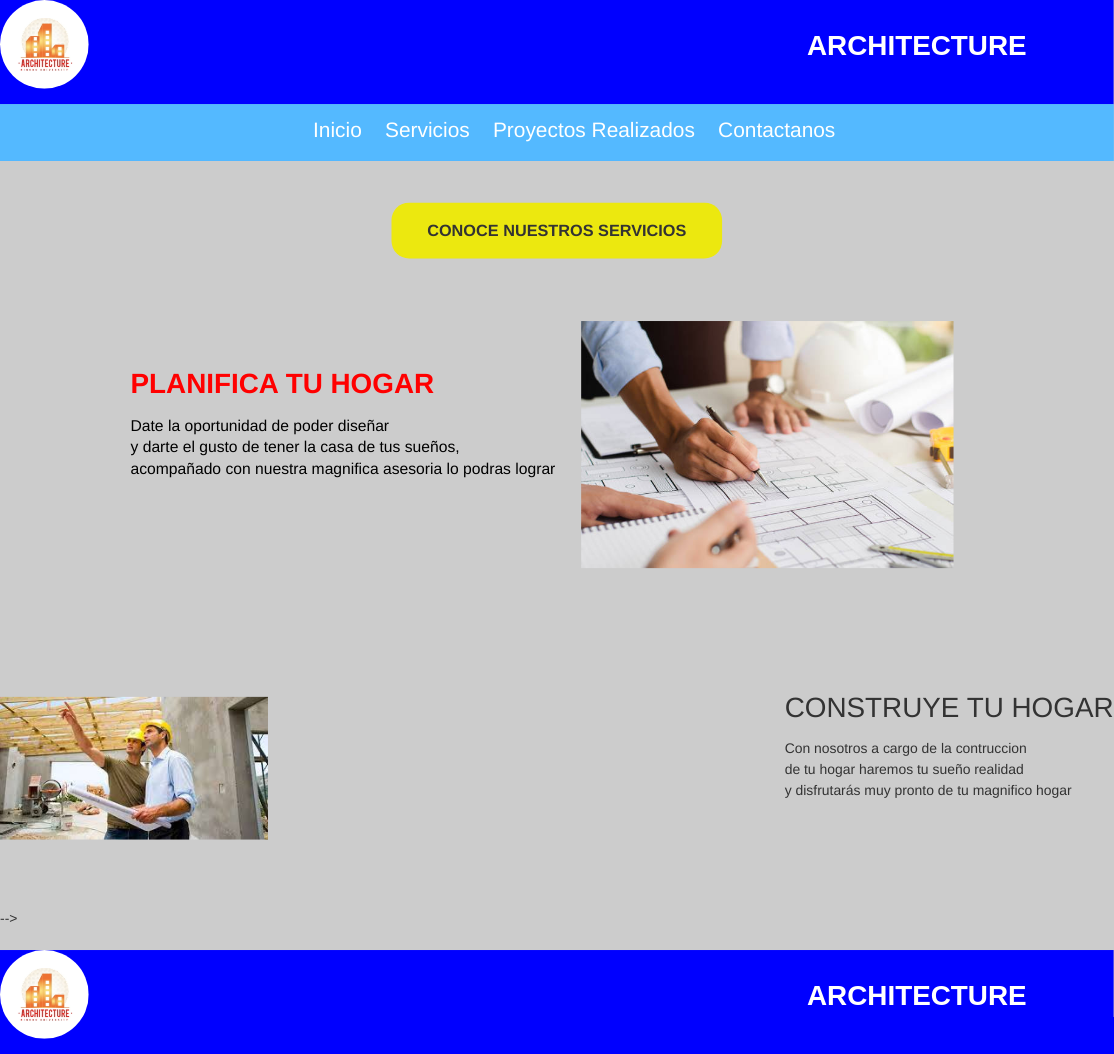
Repository: gabrielestrella18/htdocs
Page: http://localhost/arquitectos/servicios.php
These files come from the project's save history. The page is drawn as it stood at one moment and after the next save; the edit follows.
The browser window is 1280 px wide. The pictures show the whole page, at 87% of full size.
The page is run by PHP 8.4 with error messages shown; the project is at /var/www/html/.

Above is the page before, as saved 2023-12-07 21:34:49.

### arquitectos/servicios.php
<!DOCTYPE html>
<html lang="en">
  <head>
    <title></title>
    <meta charset="UTF-8">
    <meta name="viewport" content="width=device-width, initial-scale=1">
    <link href="estilo.css" rel="stylesheet">
  </head>
  <body>

<div class="azul">
  <img  class="lg"src="imagenes/arch.jpg" alt="">

  <h1>ARCHITECTURE</h1>
</div>

<div class="menu">
<div class="menuOpciones">
            <a href="index.php" target="_blank">Inicio</a>
            <a href="#" target="_blank">Servicios</a>
            <a href="#" target="_blank">Proyectos Realizados</a>
            <a href="#" target="_blank">Contactanos</a>
            </div>
            </div>
            <br><br>

<div class="ser">
<h3 class="serv">CONOCE NUESTROS SERVICIOS</h3>
</div>
<br> <br> <br>



<div class="plani">
  <div class="caja1">
<p class="pl">PLANIFICA TU HOGAR</p>
<br>
<span class="text"> Date la oportunidad de poder diseñar <br> y darte el gusto de tener la casa de tus sueños,  <br>acompañado
con nuestra magnifica asesoria lo podras lograr</span></div>
<div class="caja2">
<img class="plan" src="imagenes/planif.jpg" alt="">
</div>
</div>

<br><br><br>
<br><br><br><br><br><br>

<br><br><br>
<br><br><br><br><br><br>
<div class="const">
  <div class="caja3">
<p class="cons">CONSTRUYE TU HOGAR</p>
<br>
<span>Con nosotros a cargo de la contruccion <br> de tu hogar haremos tu sueño realidad <br> y disfrutarás muy pronto de tu magnifico hogar</span></div>
<div class="caja4"></div>
<img  class="co" src="imagenes/constru.jpg" alt="">
</div>
</div>

<br><br><br>
<!-- <div class="remod">
<p class="rem">REMODELA TU HOGAR</p>
<span>Cambia el diseño de tu hogar hoy mismo y nosotros haremos la maravilla de que sea el mejor hogar que haz podido tener</span>
<img class="re" src="imagenes/remodel.jpg" alt="">
</div>
 --> -->

</div>

<br><br>

<div class="azul">
  <img  class="lg"src="imagenes/arch.jpg" alt="">

  <h1>ARCHITECTURE</h1>
</div>


  </body>
</html>

### arquitectos/estilo.css
* {
    box-sizing: border-box;
    margin: 0;
    padding: 0;
}

body {
    font-family: helvetica;
    font-size: 16px;
    line-height: 24px;
    color: #333;
    background-color: #cccccc;
    max-width: 1400px;
}

.azul {
    background-color: blue;
    padding-bottom: 120px;
}

.lg {
    float: left;
    width: 8%;
    height: 8%;
    border-radius: 80px;
}

h1 {
    color: white;
    float: right;
    font-family: sans-serif;
    text-align: end;
    padding-top: 40px;
    padding-right: 100px;
}

.menu {
    border: 1px #54b9ff solid;
    background-color: #54b9ff;
    height: 65px;
}

.menuOpciones {
    padding-top: 12px;
    text-align: center;
    margin-top: 5px;
    padding-left: 40px;
    font-size: x-large;
}

.menuOpciones a {
    text-decoration: none;
    color: white;
    padding: 10px;
}

.menuOpciones a:hover {
    color: #9c2222;
}

.contenedor_fondo {
    width: 1350px;
    height: 600px;
    margin: auto;
    background-image: url(imagenes/fondoarq.jpg);
    background-repeat: no-repeat;
    background-size: cover;
}

.textofoto {
    /* width: 600px; */
    color: rgb(7, 2, 2);
    margin: auto;
    text-align: center;
    line-height: 35px;
    padding-top: 200px;
}

.botoncito {
    text-align: center;
}

.boton1 {
    color: #ece80f;
    background-color: #ce1111;
    padding-top: 20px;
    padding-bottom: 20px;
    padding-left: 10px;
    padding-right: 10px;
    border-radius: 20px;
}

h3 {
    text-align: center;
}

.serv {
    background-color: #ece80f;
    padding-top: 20px;
    padding-bottom: 20px;
    padding-left: 10px;
    padding-right: 10px;
    border-radius: 20px;
}

.ser {
    padding-left: 450px;
    padding-right: 450px;
}

p {
    font-weight: 400px;
    font-size: xx-large;
}


/* .hogar {
    display: inline-block;
} */


/* .plani {
    display: inline-block;
}

.pl {
    display: inline-block;
}

.cons {
    display: inline-block;
}

.co {
    display: inline-block;
}

.remod {
    display: inline-block;
}

.re {
    display: inline-block;
} */

.text {
    text-align: center;
}

.caja1 {
    float: left;
    padding-left: 150px;
    padding-top: 60px;
}

.caja2 {
    float: right
}

.plan {
    width: 70%;
    height: 70%;
}

.pl {
    color: rgb(255, 0, 0);
    font-weight: 800;
}

.text {
    color: black;
    font-size: large;
}

.caja3 {
    float: right;
}

.caja4 {
    float: left;
}

After the next save:
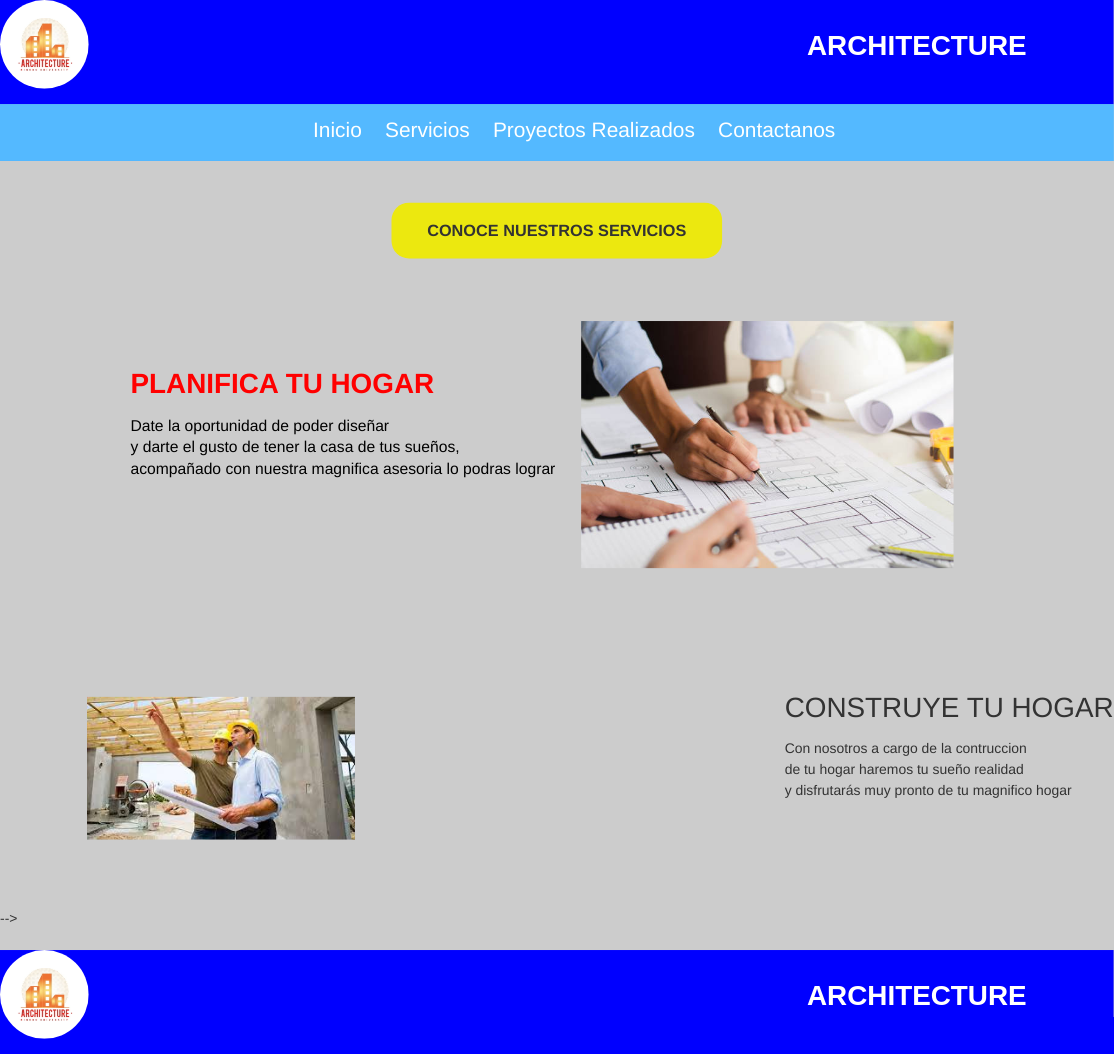
Saved 43 s later.
--- a/arquitectos/estilo.css
+++ b/arquitectos/estilo.css
@@ -179,3 +179,7 @@ p {
 .caja4 {
     float: left;
 }
+
+.co {
+    padding-left: 100px;
+}
